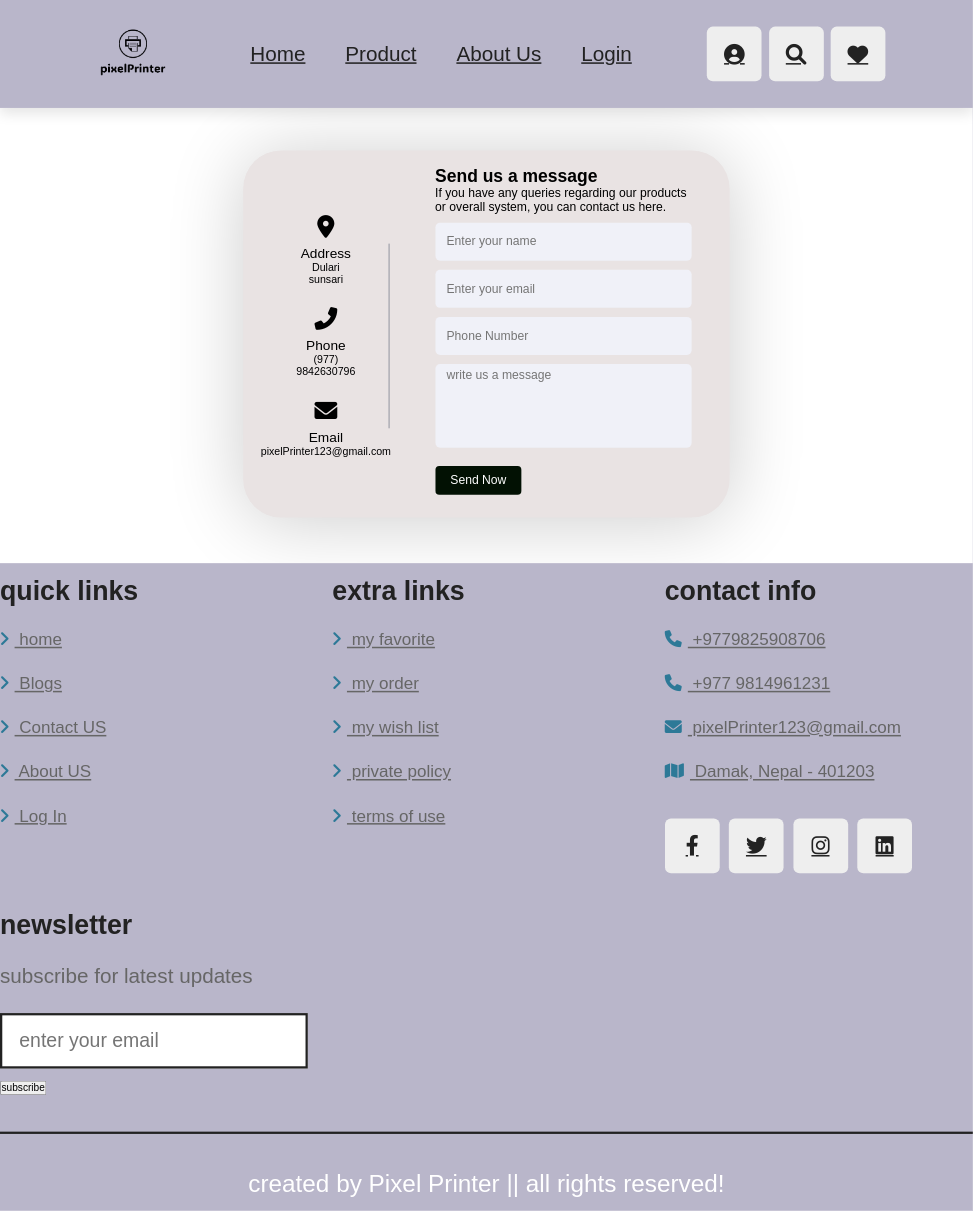
Repository: kritikakittu06/Ecommerce
Page: http://localhost/PixlePrinter/pages/Contact.jsp
These files come from the project's save history. The page is drawn as it stood at one moment and after the next save; the edit follows.
The browser window is 1280 px wide. The pictures show the whole page, at 76% of full size.
The page is served by Tomcat 9. Nobody is signed in. The application's start-up code is not run. Other server files are loaded and not shown.

Above is the page before, as saved 2024-04-15 05:41:01.

### PixlePrinter/src/main/webapp/pages/Contact.jsp
<%@ page language="java" contentType="text/html; charset=ISO-8859-1"
	pageEncoding="ISO-8859-1"%>
<%@ page import="utilities.Utilities"%>
<!DOCTYPE html>
<html lang="en">
<head>
<meta charset="UTF-8">
<meta http-equiv="X-UA-Compatible" content="IE=edge">
<meta name="viewport" content="width=device-width, initial-scale=1.0">
<title>Contact Us</title>
<link rel="stylesheet"
	href="https://cdnjs.cloudflare.com/ajax/libs/font-awesome/6.0.0-beta3/css/all.min.css">
<link rel="stylesheet"
	href="${pageContext.request.contextPath}/css/Contact.css" />
</head>
<body>
	<section id="header" class="header">
		<a href="#"><img
			src="${pageContext.request.contextPath}/Images/logo.png" class="logo"
			style="width: 120px; height: auto;"></a>
		<nav class="navbar">
			<a class="active"
				href="${pageContext.request.contextPath}/pages/Index.jsp">Home</a> <a
				href="${pageContext.request.contextPath}/pages/product.jsp">Product</a>
			<a href="${pageContext.request.contextPath}/pages/Contact.jsp">About
				Us</a> <a href="${pageContext.request.contextPath}/Login.jsp">Login</a>
		</nav>
		<div class="icons">
			<div id="menu-btn" class="fas fa-bars"></div>
			<a href="#" class="fas fa-user-circle"></a> <a href="#"
				class="fas fa-search"></a> <a href="#" class="fas fa-heart"></a>
		</div>
	</section>
	<br>
	<br>
	<div class="message-from-backend">
		<% if (session.getAttribute(Utilities.Successfully_Stored_Message) != null) { %>
		<div class="alert alert-success" role="alert">
			<%= session.getAttribute(Utilities.Successfully_Stored_Message) %>
		</div>
		<% } else if (request.getAttribute(Utilities.ERROR_MESSAGE) != null) {
                  if (request.getAttribute(Utilities.ERROR_MESSAGE).equals(Utilities.INCORRECT_FORM_DATA_MESSAGE)) { %>
		<div class="alert alert-danger" role="alert">
			<%= request.getAttribute(Utilities.ERROR_MESSAGE) %>
		</div>
		<%   } else if (request.getAttribute(Utilities.ERROR_MESSAGE).equals(Utilities.SERVER_ERROR_MESSAGE)) { %>
		<div class="alert alert-danger" role="alert">
			<%= request.getAttribute(Utilities.ERROR_MESSAGE) %>
		</div>
		<%   }
                  } %>
	</div>
	<div class="container">
		<div class="content">
			<div class="left">
				<!-- Address Details -->
				<div class="address details">
					<i class="fas fa-map-marker-alt"></i>
					<div class="topic">Address</div>
					<div class="text-one">Dulari</div>
					<div class="text-two">sunsari</div>
				</div>
				<!-- Phone Details -->
				<div class="phone details">
					<i class="fas fa-phone-alt"></i>
					<div class="topic">Phone</div>
					<div class="text-one">(977) 9842630796</div>
				</div>
				<!-- Email Details -->
				<div class="email details">
					<i class="fas fa-envelope"></i>
					<div class="topic">Email</div>
					<div class="text-one">pixelPrinter123@gmail.com</div>
				</div>
			</div>
			<br> <br>
			<!-- Contact Form -->
			<div class="right">
				<div class="topic-text">Send us a message</div>
				<p>If you have any queries regarding our products or overall
					system, you can contact us here.</p>
				<form action="${pageContext.request.contextPath}/StoreContactUsMessage" method="post">
					<div class="input-box">
						<input name="name" type="text" id="name"
							placeholder="Enter your name" required>
					</div>
					<div class="input-box">
						<input name="email" type="text" id="email"
							placeholder="Enter your email" required>
					</div>
					<div class="input-box">
						<input type="tel" id="phoneNumber" placeholder="Phone Number"
							name="phone_Num">
					</div>
					<div class="input-box message-box">
						<textarea name="message" id="message"
							placeholder="write us a message" rows="4" cols="50" required></textarea>
					</div>
					<div class="button">
						<button type="submit">Send Now</button>
					</div>
				</form>
			</div>
		</div>
	</div>
	<section class="footer">
		<div class="box-container">
			<div class="box">
				<h3>quick links</h3>
				<a class="link" href="#home"> <i class="fas fa-angle-right"></i>
					home
				</a> <a class="link" href="#about"> <i class="fas fa-angle-right"></i>
					Blogs
				</a> <a class="link" href="#shop"> <i class="fas fa-angle-right"></i>
					Contact US
				</a> <a class="link" href="#gallery"> <i class="fas fa-angle-right"></i>
					About US
				</a> <a class="link" href="#message"> <i class="fas fa-angle-right"></i>
					Log In
				</a>
			</div>
			<div class="box">
				<h3>extra links</h3>
				<a class="link" href="#"> <i class="fas fa-angle-right"></i> my
					favorite
				</a> <a class="link" href="#"> <i class="fas fa-angle-right"></i> my
					order
				</a> <a class="link" href="#"> <i class="fas fa-angle-right"></i> my
					wish list
				</a> <a class="link" href="#"> <i class="fas fa-angle-right"></i>
					private policy
				</a> <a class="link" href="#"> <i class="fas fa-angle-right"></i>
					terms of use
				</a>
			</div>
			<div class="box">
				<h3>contact info</h3>
				<a class="link" href="#"> <i class="fas fa-phone"></i> +9779825908706
				</a> <a class="link" href="#"> <i class="fas fa-phone"></i> +977 9814961231
				</a> <a class="link" href="#"> <i class="fas fa-envelope"></i>
					pixelPrinter123@gmail.com
				</a> <a class="link" href="#"> <i class="fas fa-map"></i> Damak, Nepal - 401203
				</a>
				<div class="share">
					<a href="#" class="fab fa-facebook-f"></a> <a href="#"
						class="fab fa-twitter"></a> <a href="#" class="fab fa-instagram"></a>
					<a href="#" class="fab fa-linkedin"></a>
				</div>
			</div>
			<div class="box">
				<h3>newsletter</h3>
				<p>subscribe for latest updates</p>
				<form action="">
					<input type="email" name="" placeholder="enter your email" id=""
						class="email"> <input type="submit" value="subscribe"
						class="btn">
				</form>
			</div>
		</div>
		<div class="credit">
			created by <span>Pixel Printer</span> || all rights reserved!
		</div>
	</section>
</body>
</html>

### PixlePrinter/src/main/webapp/css/Contact.css
@charset "ISO-8859-1";
.header{
    position: sticky;
    top: 0;
    left: 0;
    right: 0;
    z-index: 1000;
    box-shadow: 0 0.5rem 1rem rgba(0,0,0,0.1);
    background:#b9b6ca;
    display: flex;
    align-items: center;
    justify-content: space-between;
    padding:1.5rem 9%;
}
.header .logo{
    font-size: 2.5rem;
    color: #222;
    font-weight: bolder;
}
.header .logo i{
    color: #2d709d;
}
.header .navbar a{
    margin: 0 1.5rem;
    font-size: 1.7rem;
    color: #222;
}
.header .navbar a:hover{
    color: #2d7f85;
}
.header .icons div,
.header .icons a{
    height: 4.5rem;
    width:4.5rem;
    line-height: 4.5rem;
    border-radius: .5rem;
    background: #eee;
    font-size: 1.7rem;
    color: #222;
    margin-left: .3rem;
    text-align: center;
    cursor: pointer;
}
.header .icons a:hover,
.header .icons div:hover{
    background: #298f93;
    color: #fff;
}
.header #menu-btn{
    display: none;
}
@import url('https://fonts.googleapis.com/css2?family=Poppins:wght@200;300;400;500;600;700&display=swap');
*{
  margin: 0;
  padding: 0;
  box-sizing: border-box;
  font-family: "Poppins" , sans-serif;
}
.container{
  width: 50%;
  background:#e9e3e3;
  border-radius: 50px;
  padding: 20px 50px 30px 40px;
  box-shadow: 0 5px 100px rgba(0, 0, 0, 0.2);
  margin: 0 auto;
}
.container .content{
  display: flex;
  align-items: center;
  justify-content: space-between;
}
.container .content .left{
  width: 25%;
  height: 100%;
  display: flex;
  flex-direction: column;
  align-items: center;
  justify-content: center;
  margin-top: 15px;
  position: relative;
}
.content .left::before{
  content: '';
  position: absolute;
  height: 70%;
  width: 2px;
  right: -15px;
  top: 50%;
  transform: translateY(-50%);
  background: #afafb6;
}
.content .left .details{
  margin: 14px;
  text-align: center;
}
.content .left .details i{
  font-size: 30px;
  color: black;
  margin-bottom: 10px;
}
.content .left .details .topic{
  font-size: 18px;
  font-weight: 500;
}
.content .left .details .text-one,
.content .left .details .text-two{
  font-size: 14px;
  color: #000002;
}
.container .content .right{
  width: 75%;
  margin-left: 75px;
}
.content .right .topic-text{
  font-size: 23px;
  font-weight: 600;
  color: #000000;
}
.right .input-box{
  height: 50px;
  width: 100%;
  margin: 12px 0;
}
.right .input-box input,
.right .input-box textarea{
  height: 100%;
  width: 100%;
  border: none;
  outline: none;
  font-size: 16px;
  background: #F0F1F8;
  border-radius: 6px;
  padding: 0 15px;
  resize: none;
}
.right .message-box{
  min-height: 110px;
}
.right .input-box textarea{
  padding-top: 6px;
}
.right .button{
  display: inline-block;
  margin-top: 12px;
}
.right .button input[type="button"]{
  color: #fff;
  font-size: 18px;
  outline: none;
  border: none;
  padding: 8px 16px;
  border-radius: 6px;
  background: #000000;
  cursor: pointer;
  transition: all 0.3s ease;
}
.button input[type="button"]:hover{
  background: #760a0a;
}

@media (max-width: 950px) {
  .container{
    width: 90%;
    padding: 30px 40px 40px 35px ;
  }
  .container .content .right{
   width: 75%;
   margin-left: 55px;
}
}
@media (max-width: 820px) {
  .container{
    margin: 40px 0;
    height: 100%;
  }
  .container .content{
    flex-direction: column-reverse;
  }
 .container .content .left{
   width: 100%;
   flex-direction: row;
   margin-top: 40px;
   justify-content: center;
   flex-wrap: wrap;
 }
 .container .content .left::before{
   display: none;
 }
 .container .content .right{
   width: 100%;
   margin-left: 0;
 }
}
.button button {
  background-color: #021103;
  color: white;
  padding: 10px 20px;
  border: none;
  border-radius: 5px;
  cursor: pointer;
  font-size: 16px;
}

.button button:hover {
  background-color: #0e57c4;
}

.footer{
    background:#b9b6ca;
    margin-top: 60px;
}

.footer .box-container{
    display: grid;
    grid-template-columns: repeat(auto-fit, minmax(25rem, 1fr));
    gap:2rem;
}
.footer .box-container .box h3{
    font-size: 2.2rem;
    color: #222;
    padding:1rem 0;
}
.footer .box-container .box .link{
    padding:1rem 0;
    font-size: 1.4rem;
    color: #666;
    display:block;
}
.footer .box-container .box .link i{
    padding-right: .5rem;
    color: #2d7997;
}
.footer .box-container .box .link:hover{
    color: #308b87;
}
.footer .box-container .box .link:hover i{
    padding-right: 2rem;
}
.footer .box-container .box .share{
    margin-top: 2rem;
}
.footer .box-container .box .share a{
    height:4.5rem;
    width:4.5rem;
    line-height: 4.5rem;
    font-size: 1.7rem;
    border-radius: .5rem;
    background: #eee;
    text-align: center;
    color: #222;
    margin-right: .5rem;
}
.footer .box-container .box .share a:hover{
    color: #fff;
    background: #2f8997;
}
.footer .box-container .box p{
    padding: 1rem 0;
    font-size: 1.7rem;
    color: #666;
}
.footer .box-container .box form .email{
    border:0.2rem solid #222;
    width: 100%;
    padding:1.2rem 1.4rem;
    text-transform: none;
    color: #666;
    margin: 1rem 0;
    font-size: 1.6rem;
}
.footer .credit{
    text-align: center;
    padding: 1rem;
    padding-top:3rem;
    margin-top: 3rem;
    font-size: 2rem;
    border-top: 0.2rem solid #222;
    color: #fff;
}
.footer .credit span{
   color: #333;
}


.message-from-backend {
  margin-top: 20px;
  margin-left: 400px;
}

.message-from-backend .alert {
  padding: 10px;
  margin-bottom: 10px;
  border-radius: 5px;
}

.message-from-backend .alert-success {
  color: #155724;
  background-color: #d4edda;
  border-color: #c3e6cb;
}

.message-from-backend .alert-danger {
  color: #721c24;
  background-color: #f8d7da;
  border-color: #f5c6cb;
}

After the next save:
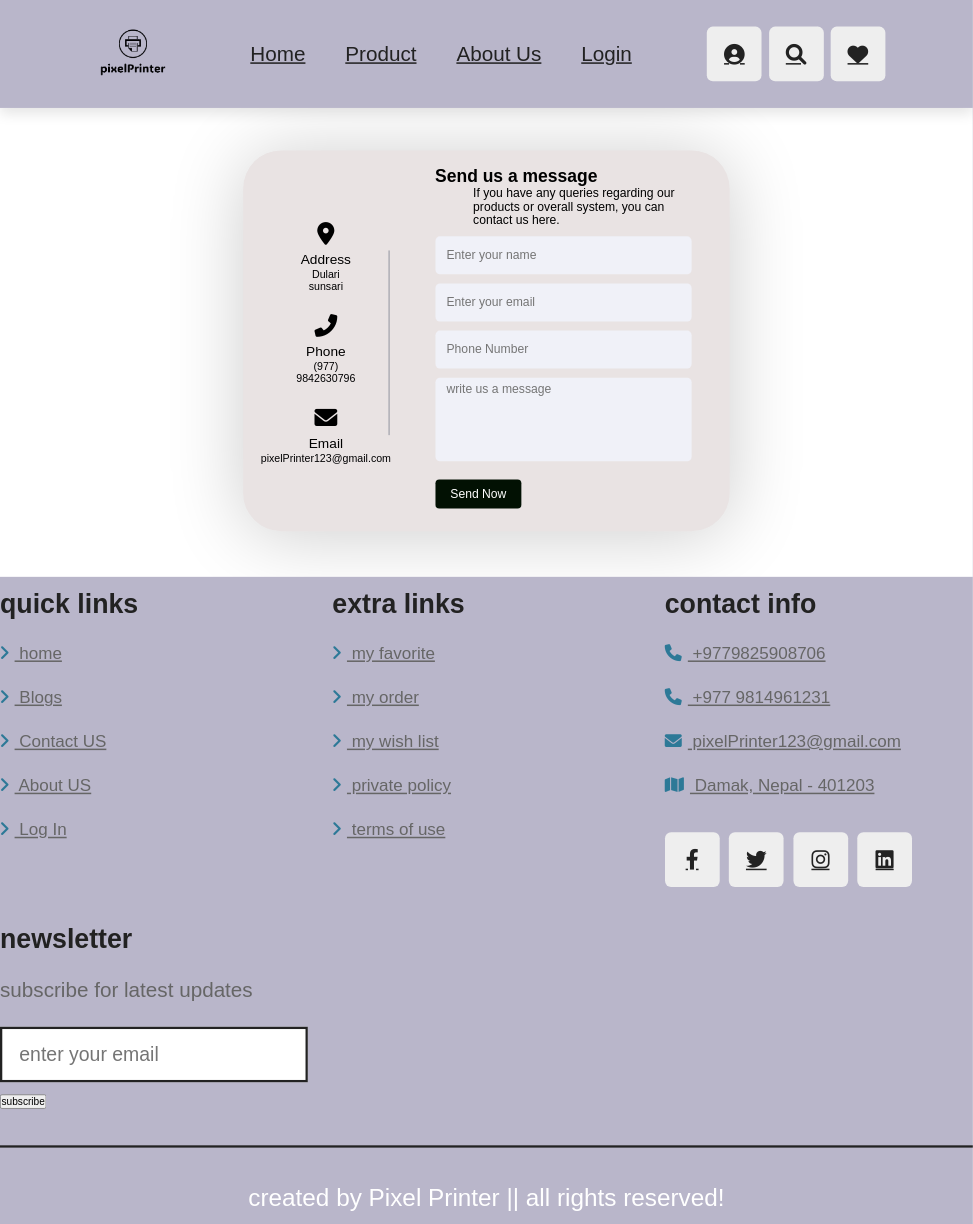
Saved 4 h 27 min later.
--- a/PixlePrinter/src/main/webapp/pages/Contact.jsp
+++ b/PixlePrinter/src/main/webapp/pages/Contact.jsp
@@ -77,7 +77,7 @@
 			<!-- Contact Form -->
 			<div class="right">
 				<div class="topic-text">Send us a message</div>
-				<p>If you have any queries regarding our products or overall
+				<p style="margin-left:50px;">If you have any queries regarding our products or overall
 					system, you can contact us here.</p>
 				<form action="${pageContext.request.contextPath}/StoreContactUsMessage" method="post">
 					<div class="input-box">

After the save that followed:
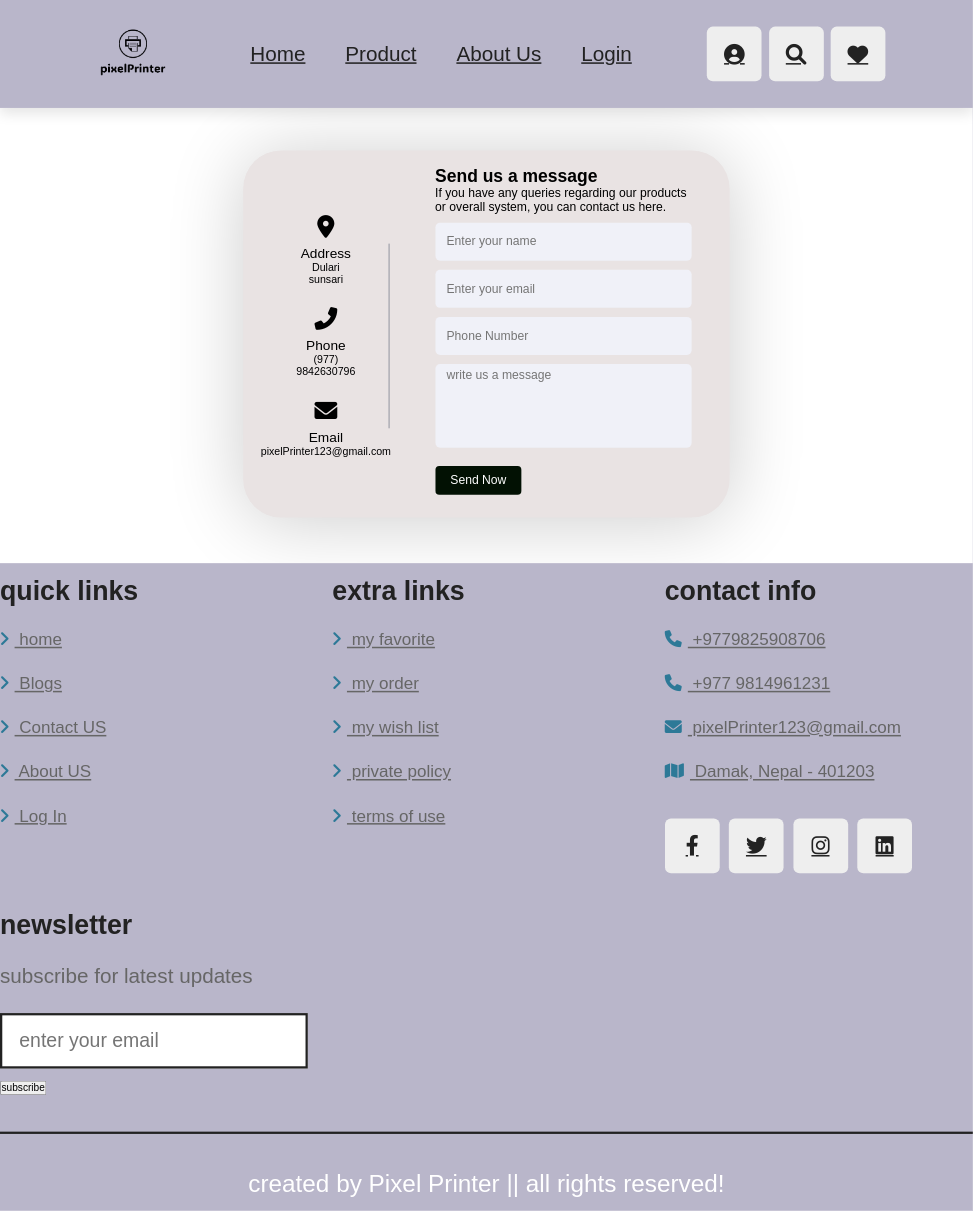
Saved 12 s later.
--- a/PixlePrinter/src/main/webapp/pages/Contact.jsp
+++ b/PixlePrinter/src/main/webapp/pages/Contact.jsp
@@ -77,7 +77,7 @@
 			<!-- Contact Form -->
 			<div class="right">
 				<div class="topic-text">Send us a message</div>
-				<p style="margin-left:50px;">If you have any queries regarding our products or overall
+				<p >If you have any queries regarding our products or overall
 					system, you can contact us here.</p>
 				<form action="${pageContext.request.contextPath}/StoreContactUsMessage" method="post">
 					<div class="input-box">
